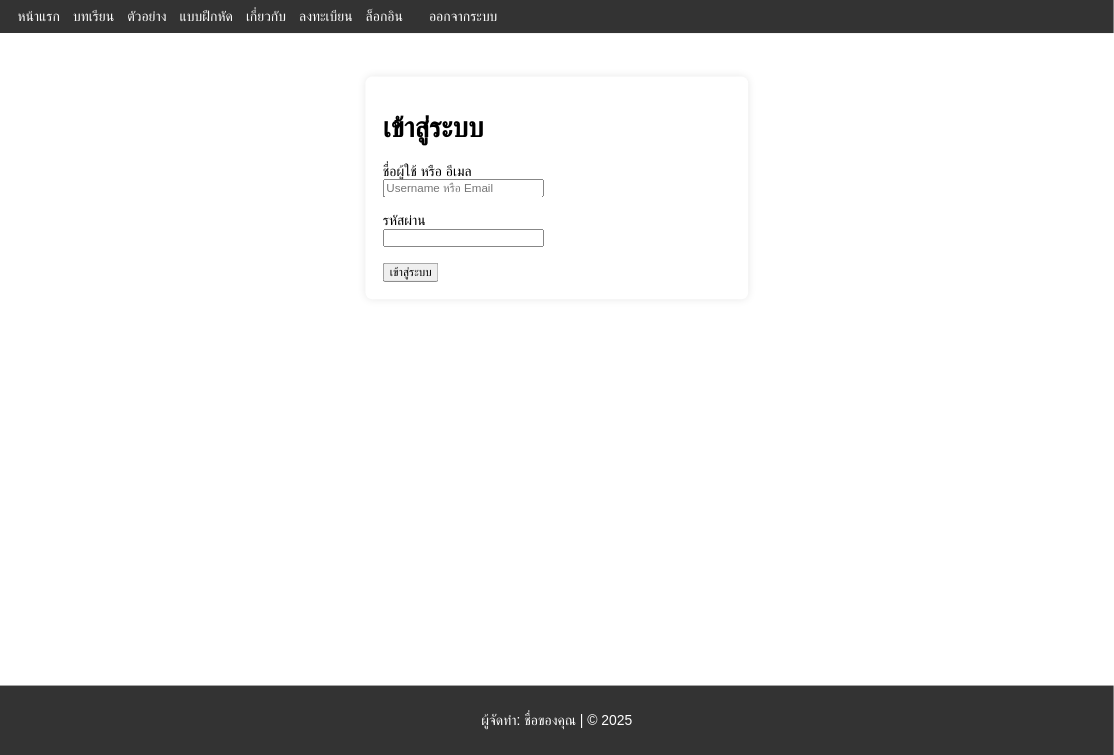
Repository: staggil/thesis
Page: login.html
The author's editor kept a copy of each file at every save. The page is drawn from the files as they stood at one save, then again after the next save.
The browser window is 1280 px wide. The pictures show the whole page, at 87% of full size.
The page's requests for data from a server got no answer.

Above is the page before, as saved 2025-12-09 07:59:28.

After the next save:
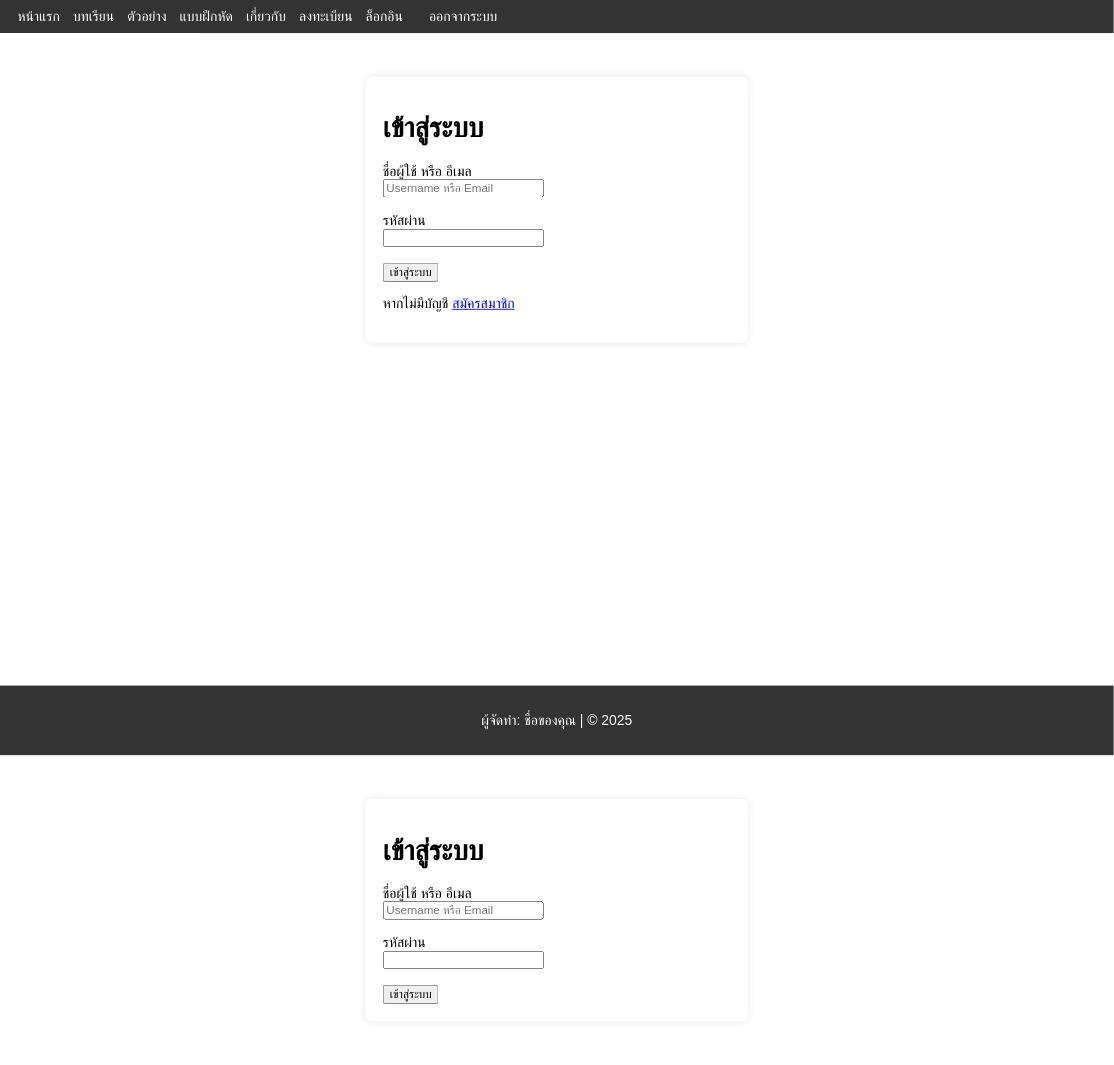
Saved 11 min 12 s later.
--- a/login.html
+++ b/login.html
@@ -1,3 +1,83 @@
+<!DOCTYPE html>
+<html lang="th">
+<head>
+    <meta charset="UTF-8">
+    <meta name="viewport" content="width=device-width, initial-scale=1.0">
+    <title>Login - เว็บไซต์สอนเขียนโปรแกรม</title>
+    <link rel="stylesheet" href="style.css">
+    <script src="script.js" defer></script>
+</head>
+<body data-sidebar="components/empty.html" class="login-page">
+
+    <!-- Header -->
+    <div id="header-placeholder"></div>
+
+    <!-- Sidebar -->
+    <div id="sidebar-placeholder"></div>
+
+    <!-- Content -->
+    <main id="main-content">
+        <h1>เข้าสู่ระบบ</h1>
+        <form id="login-form">
+            <label for="username">ชื่อผู้ใช้ หรือ อีเมล</label><br>
+            <input type="text" id="username" name="username" placeholder="Username หรือ Email" required><br><br>
+
+
+            <label for="password">รหัสผ่าน</label><br>
+            <input type="password" id="password" name="password" required><br><br>
+
+            <button type="submit">เข้าสู่ระบบ</button>
+        </form>
+        <p id="login-error" style="color: red; display: none;"></p>
+        <p>หากไม่มีบัญชี <a href="register.html">สมัครสมาชิก</a></p>
+    </main>
+
+    <!-- Footer -->
+    <div id="footer-placeholder"></div>
+
+    <script>
+    document.getElementById("login-form").addEventListener("submit", async (e) => {
+        e.preventDefault();
+
+        const username = document.getElementById("username").value.trim();
+        const password = document.getElementById("password").value;
+
+        if (!username || !password) {
+            const err = document.getElementById("login-error");
+            err.style.display = "block";
+            err.textContent = "กรุณากรอกชื่อผู้ใช้และรหัสผ่าน";
+            return;
+        }
+
+        try {
+            const res = await fetch("/login", {
+                method: "POST",
+                headers: { "Content-Type": "application/json" },
+                body: JSON.stringify({ username, password })
+            });
+
+            const data = await res.json();
+
+            const err = document.getElementById("login-error");
+            if (data.success) {
+                err.style.display = "none";
+                alert(data.message);
+                window.location.href = "/"; // redirect ไปหน้า index
+            } else {
+                err.style.display = "block";
+                err.textContent = data.message;
+            }
+        } catch (error) {
+            console.error("Error:", error);
+            const err = document.getElementById("login-error");
+            err.style.display = "block";
+            err.textContent = "เกิดข้อผิดพลาดในการเชื่อมต่อเซิร์ฟเวอร์";
+        }
+    });
+    </script>
+
+</body>
+</html>
 <!DOCTYPE html>
 <html lang="th">
 <head>
